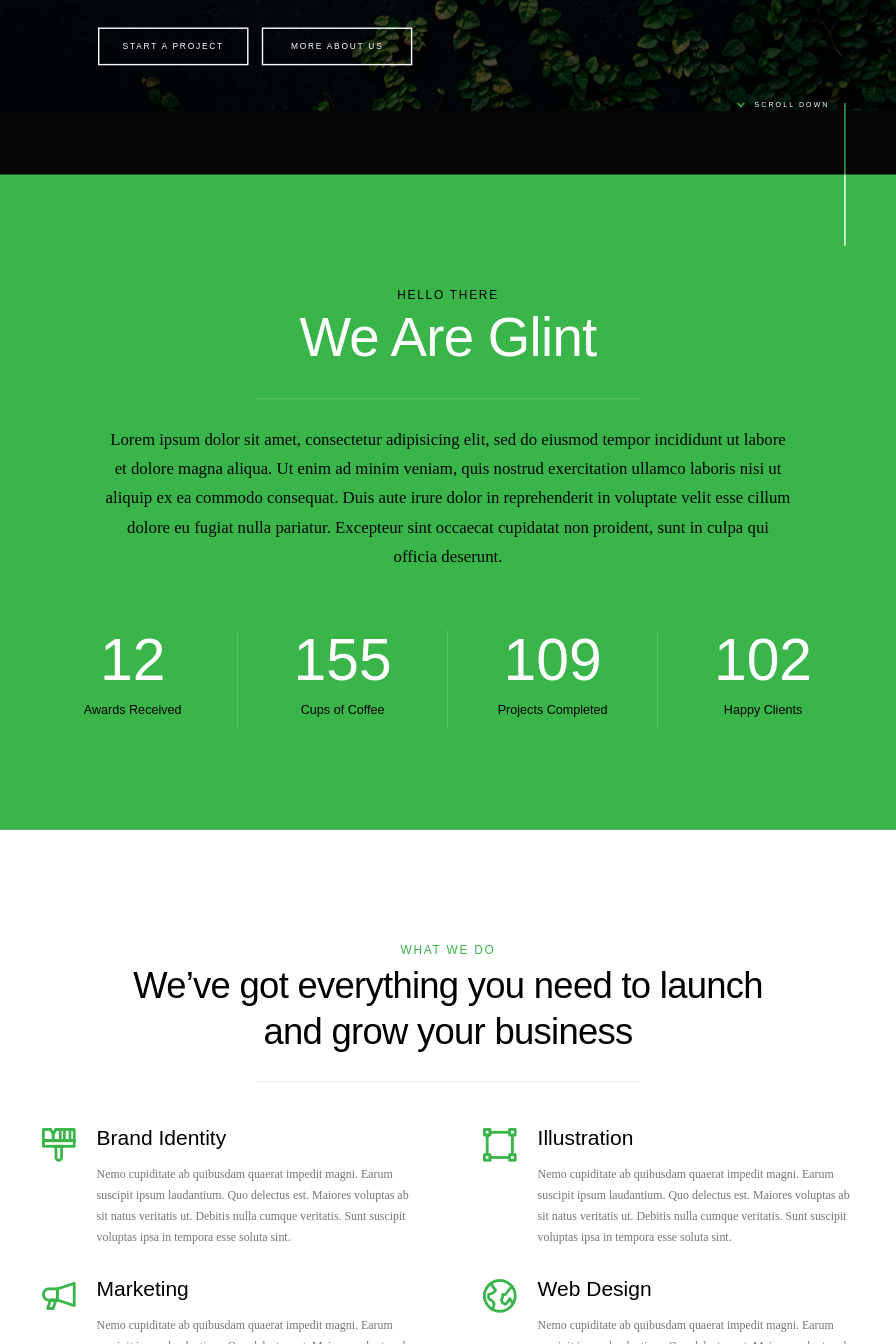
Repository: ahsankalim09/light-Agency
Page: index.html
These files come from the project's save history. The page is drawn as it stood at one moment and after the next save; the edit follows.
The browser window is 1280 px wide. The pictures show the part of the page from y = 645 to 2565 px (the page is 8556 px tall before and 8664 px after), at 70% of full size.
Some web fonts or font styles are not loaded; a fallback is used.

Above is the page before, as saved 2020-12-27 18:44:39.

After the next save:
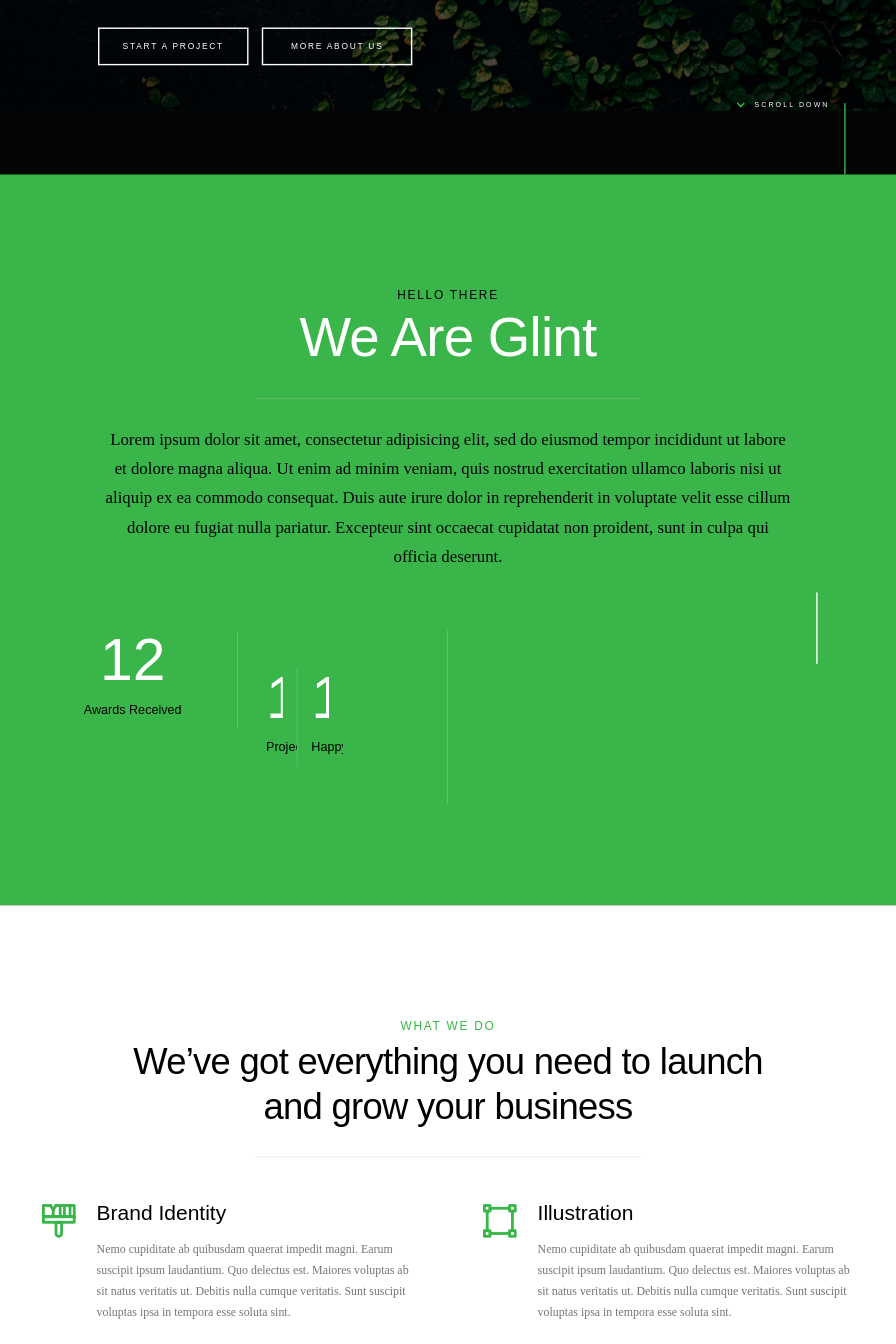
Saved 9 s later.
--- a/index.html
+++ b/index.html
@@ -139,9 +139,9 @@
 <h5>Awards Received</h5>
 </div>
 <div class="col-block stats__col">
-<div class="stats__count">155</div>
+<!-- <div class="stats__count">155</div>
 <h5>Cups of Coffee</h5>
-</div>
+</div> -->
 <div class="col-block stats__col">
 <div class="stats__count">109</div>
 <h5>Projects Completed</h5>

After the save that followed:
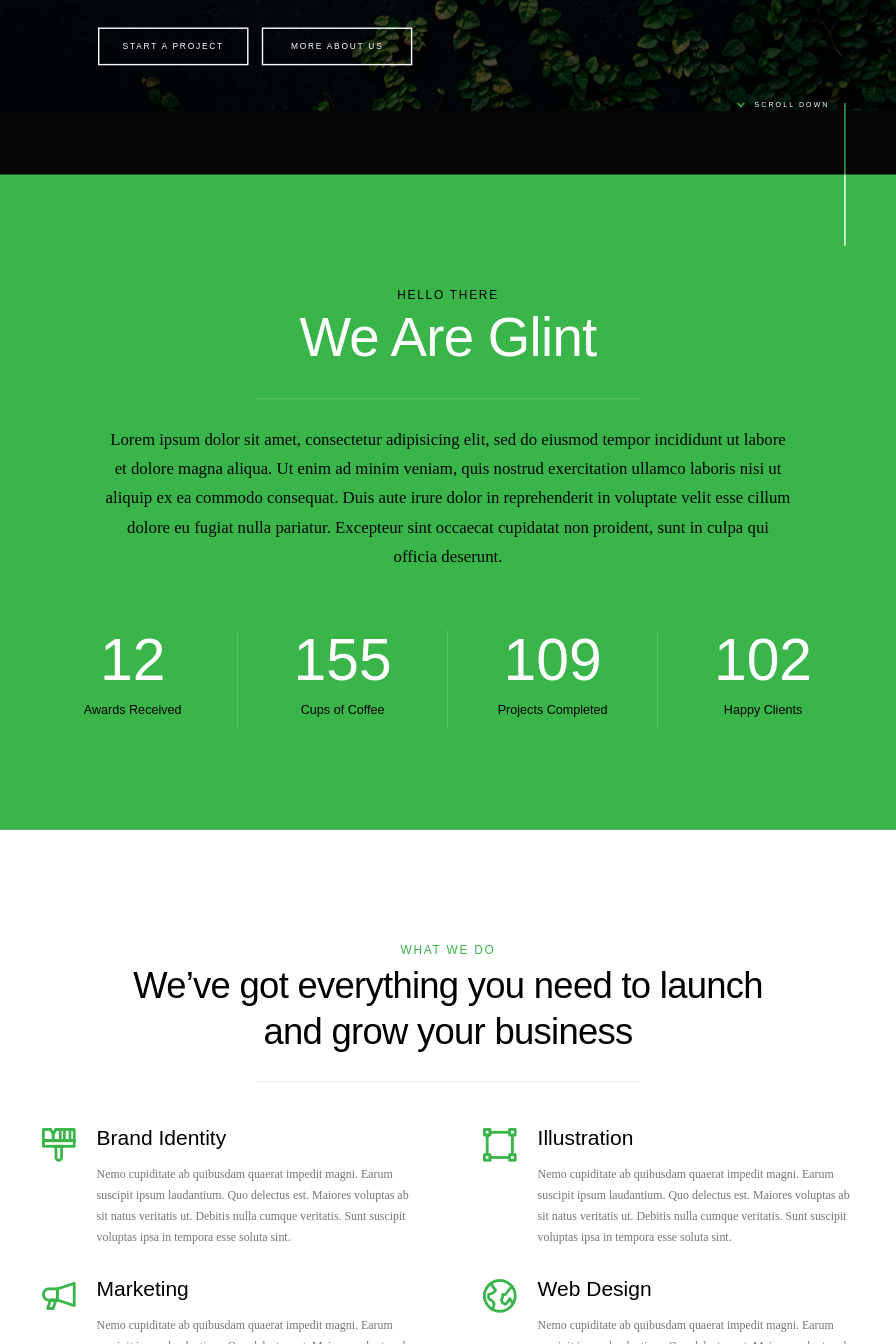
Saved 21 s later.
--- a/index.html
+++ b/index.html
@@ -139,9 +139,9 @@
 <h5>Awards Received</h5>
 </div>
 <div class="col-block stats__col">
-<!-- <div class="stats__count">155</div>
+<div class="stats__count">155</div>
 <h5>Cups of Coffee</h5>
-</div> -->
+</div>
 <div class="col-block stats__col">
 <div class="stats__count">109</div>
 <h5>Projects Completed</h5>
